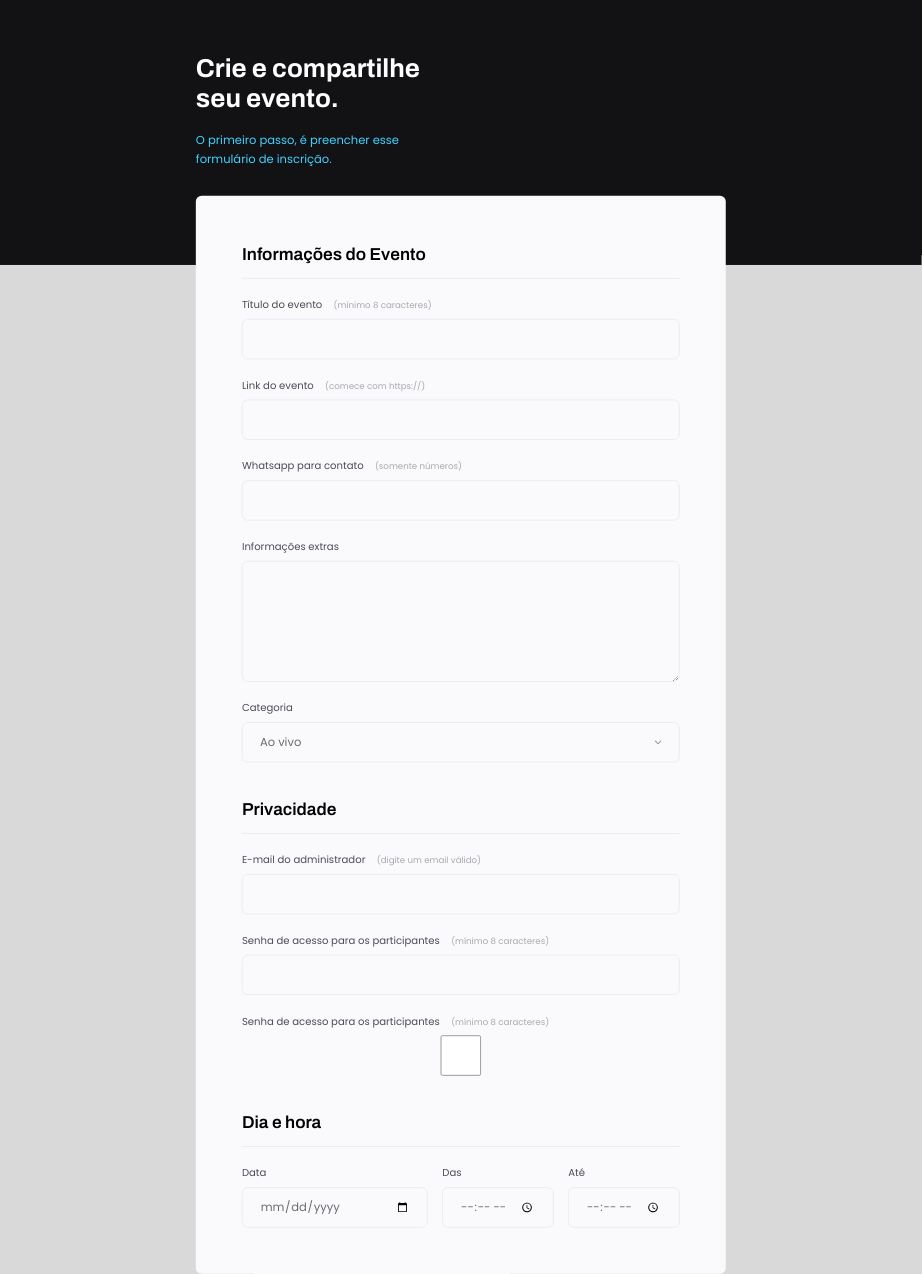
Repository: devMuriloOliveira/Formulario
Page: index.html
These files come from the project's save history. The page is drawn as it stood at one moment and after the next save; the edit follows.
The browser window is 1280 px wide. The pictures show the whole page, at 72% of full size.

Above is the page before, as saved 2023-11-03 18:43:27.

After the next save:
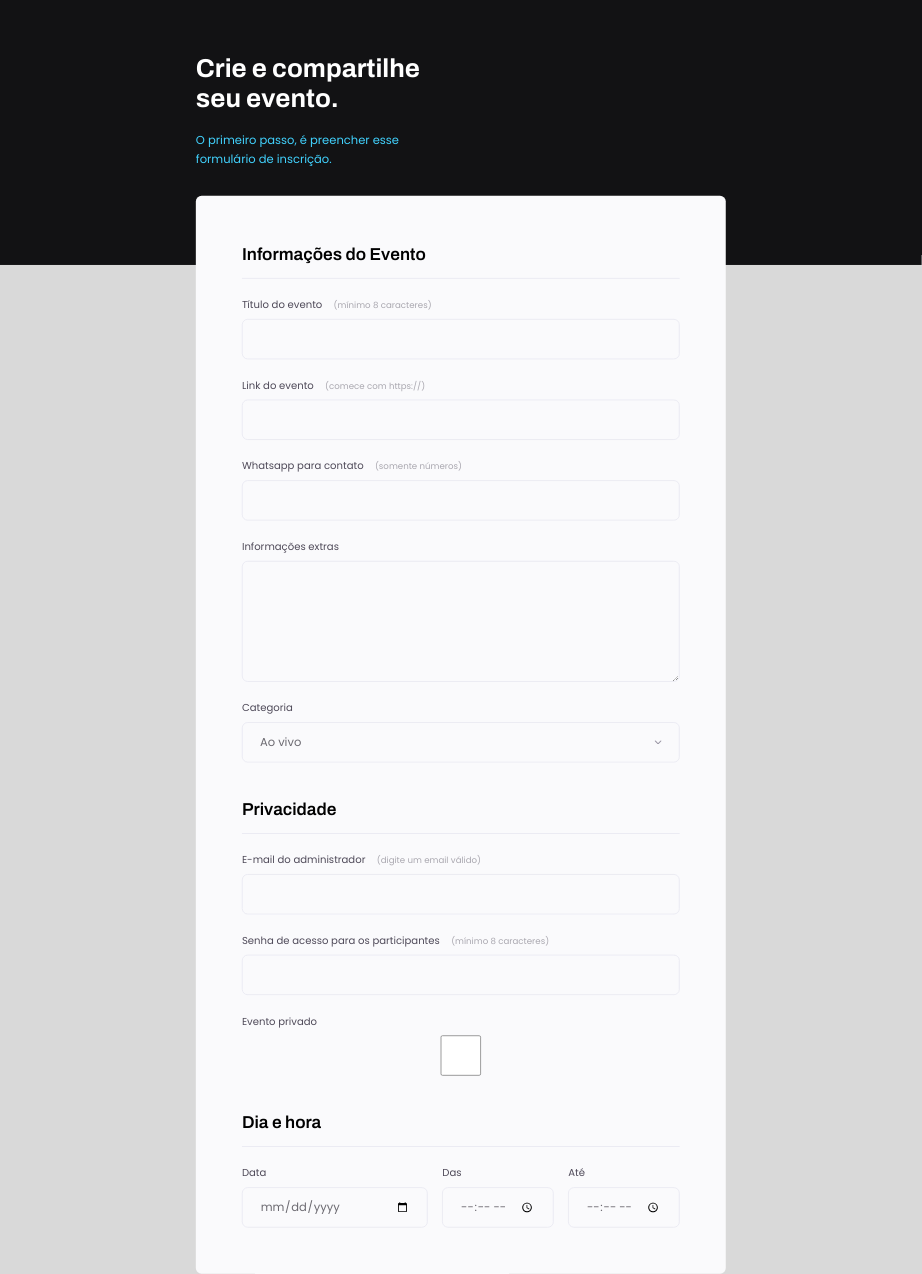
Saved 71 s later.
--- a/index.html
+++ b/index.html
@@ -82,10 +82,7 @@
             </div>
 
             <div class="input-wrapper">
-              <label for="event-private">
-                Senha de acesso para os participantes
-                <span>(mínimo 8 caracteres)</span>
-              </label>
+              <label for="event-private"> Evento privado </label>
               <input type="checkbox" id="event-private" />
             </div>
           </div>
